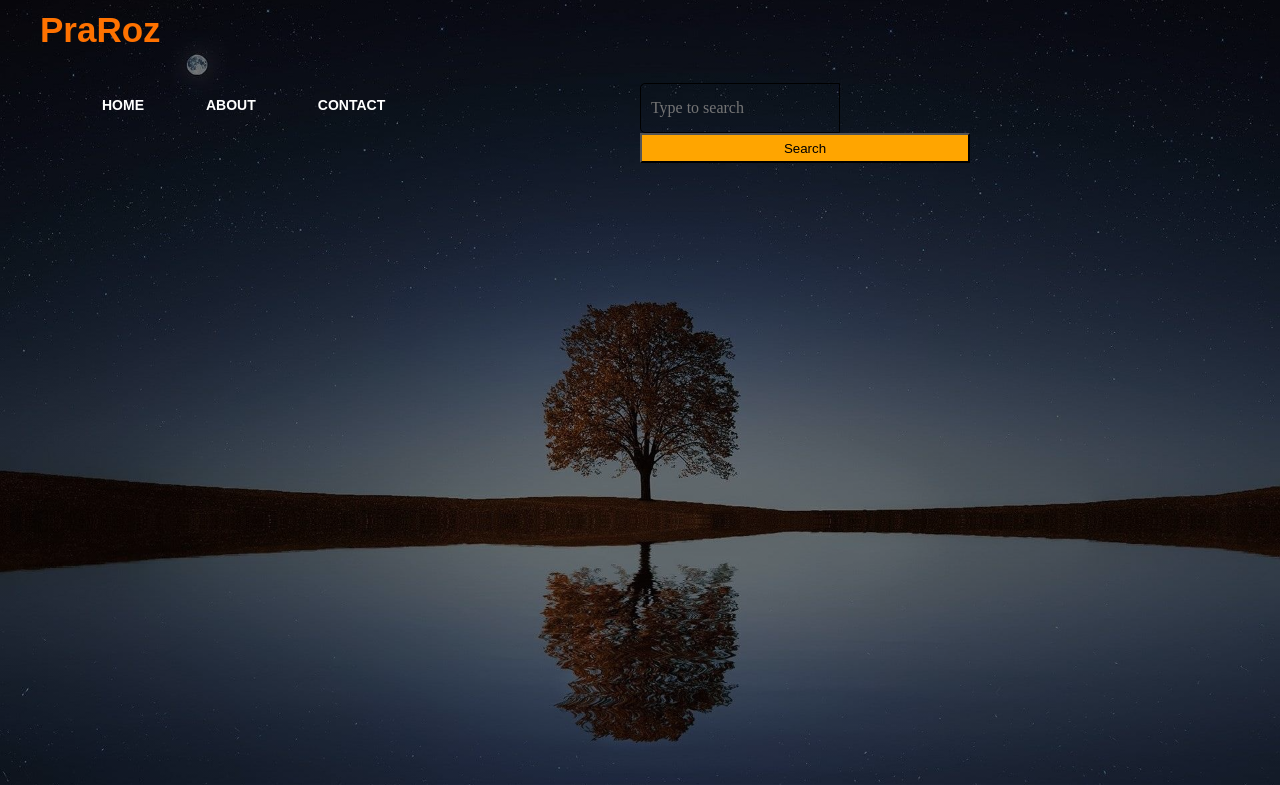
Repository: Cedrqmwesigwa/web-design-course
Page: index.html
An editor plug-in stored every save of this project. The page is shown before and after the next save, followed by the edit.
The browser window is 1280 px wide. The pictures show the whole page.

Above is the page before, as saved 2024-04-03 20:03:40.

### index.html
<!DOCTYPE html>
<html lang="en">
<head>
    <title>My Website</title>
    <link rel="stylesheet" href="style.css"/>
</head>
<body>
    <div class="main">
        <div class="navbar">
            <div class="icon">
                <h2 class="logo">PraRoz</h2>
            </div>
            <div class="menu">
                <ul>
                    <li><a href="#">HOME</a></li>
                    <li><a href="#">ABOUT</a></li>
                    <li><a href="#">CONTACT</a></li>
                </ul>
            </div>
            <div class="search">
                <input type="search" class="srch" name="" placeholder="Type to search">
                <a href="#"><button class="btn">Search</button></a>
            </i></div>
        </div>
    </div>


</body>
</html>

### style.css
*{
    margin: 0;
    padding: 0;
}

.main{
    width: 100% ;
    background: linear-gradient(to top, rgba(0,0,0,0.5)50%, rgba(0, 0, 0, 0.5)50%), url(1.jpg);
    background-position: center;
    background-size: cover;
    height: 109vh;
}

.navbar{
    width: 1200px;
    height: 75px;
    margin:  auto;
}

.icon{
    width: 200px;
    font: left;
    height: 70px;
}

.logo {
    color: #ff7200;
    font-size: 35px;
    font-family: Arial;
    float: left;
    padding-top: 10px;
}

.menu{
    width: 400px;
    float: left;
    height: 70px;
}

ul{
    float: left;
    display: flex;
    justify-content: center;
    align-items: center;
}

ul li{
    list-style: none;
    margin-left: 62px;
    margin-top: 27px;
    font-size: 14px;
}

ul li a{
    text-decoration: none;
    color: white;
    font-family: Arial;
    font-weight: bold;
    transition: .4 ease-in-out;
}

ul li a:hover{
    color:#ff7200
}

.search{
    width: 330px;
    float: left;
    margin-left: 200px;
}

.srch{
    font-family: "Times New Roman";
    width: 200px;
    height: 50px;
    padding: 3%;
    background: transparent;
    border-top: 5px;
    border-bottom-left-radius: 5px;
    border-top-left-radius: 5px;
    font-size: 16px;
    color: white;
    margin-top:13px;
    border: 1px solid  #000;
}

.btn{
    width:100%;
    height: 30px;
    background: orange;

}

After the next save:
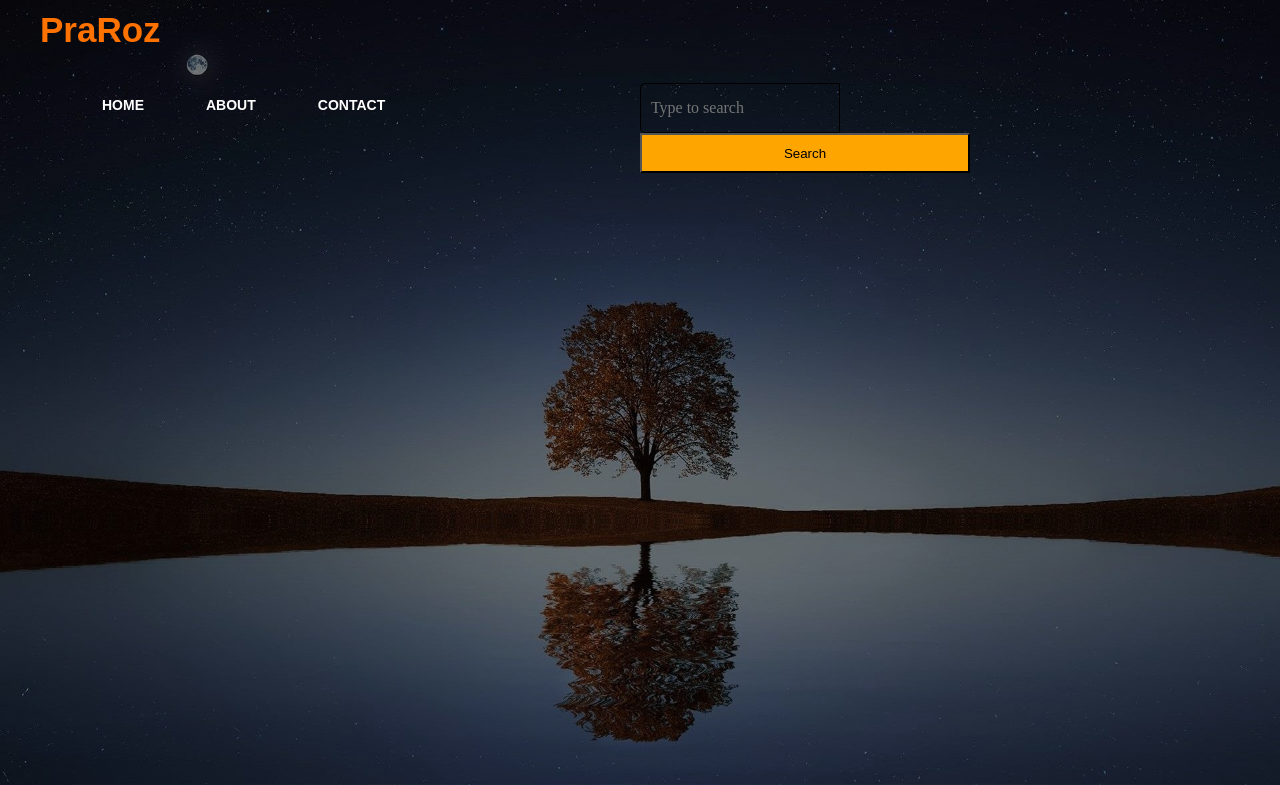
Saved 12 s later.
--- a/style.css
+++ b/style.css
@@ -86,7 +86,7 @@ ul li a:hover{
 
 .btn{
     width:100%;
-    height: 30px;
+    height: 40px;
     background: orange;
 
 }
